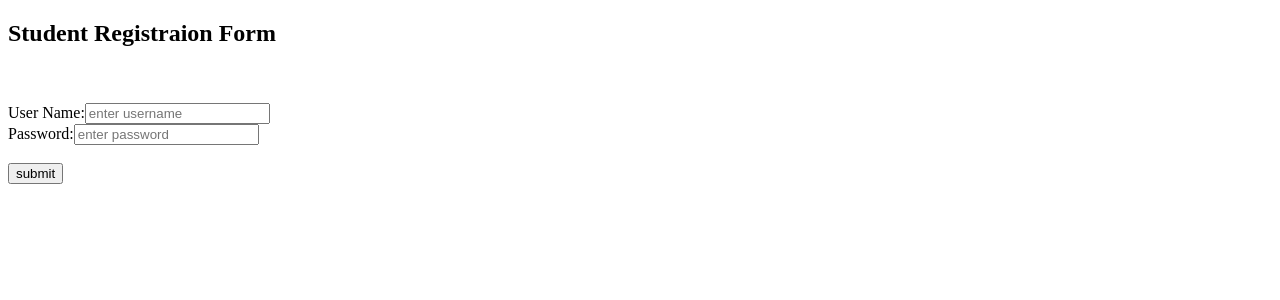
Repository: AshwiniBorra/JDBC_CRUD
Page: servletDemo/src/main/webapp/registration.html
The author's editor kept a copy of each file at every save. The page is drawn from the files as they stood at one save, then again after the next save.
The browser window is 1280 px wide. The pictures show the whole page.

Above is the page before, as saved 2024-02-07 09:33:54.

After the next save:
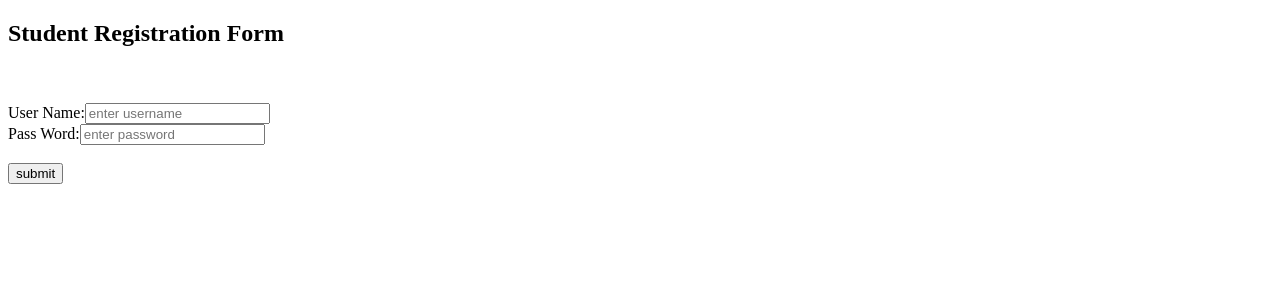
Saved 25 s later.
--- a/servletDemo/src/main/webapp/registration.html
+++ b/servletDemo/src/main/webapp/registration.html
@@ -5,12 +5,12 @@
 <title>Insert title here</title>
 </head>
 <body>
-<form method="post" action="register">
-<h2>Student Registraion Form</h2>
+<form method="post">
+<h2>Student Registration Form</h2>
 <br><br>
 User Name:<input type="text" name="username" placeholder="enter username">
 <br>
-Password:<input type="password" name="password" placeholder="enter password">
+Pass Word:<input type="password" name="password" placeholder="enter password">
 <br><br>
 <input type="submit" value="submit">
 </form>
